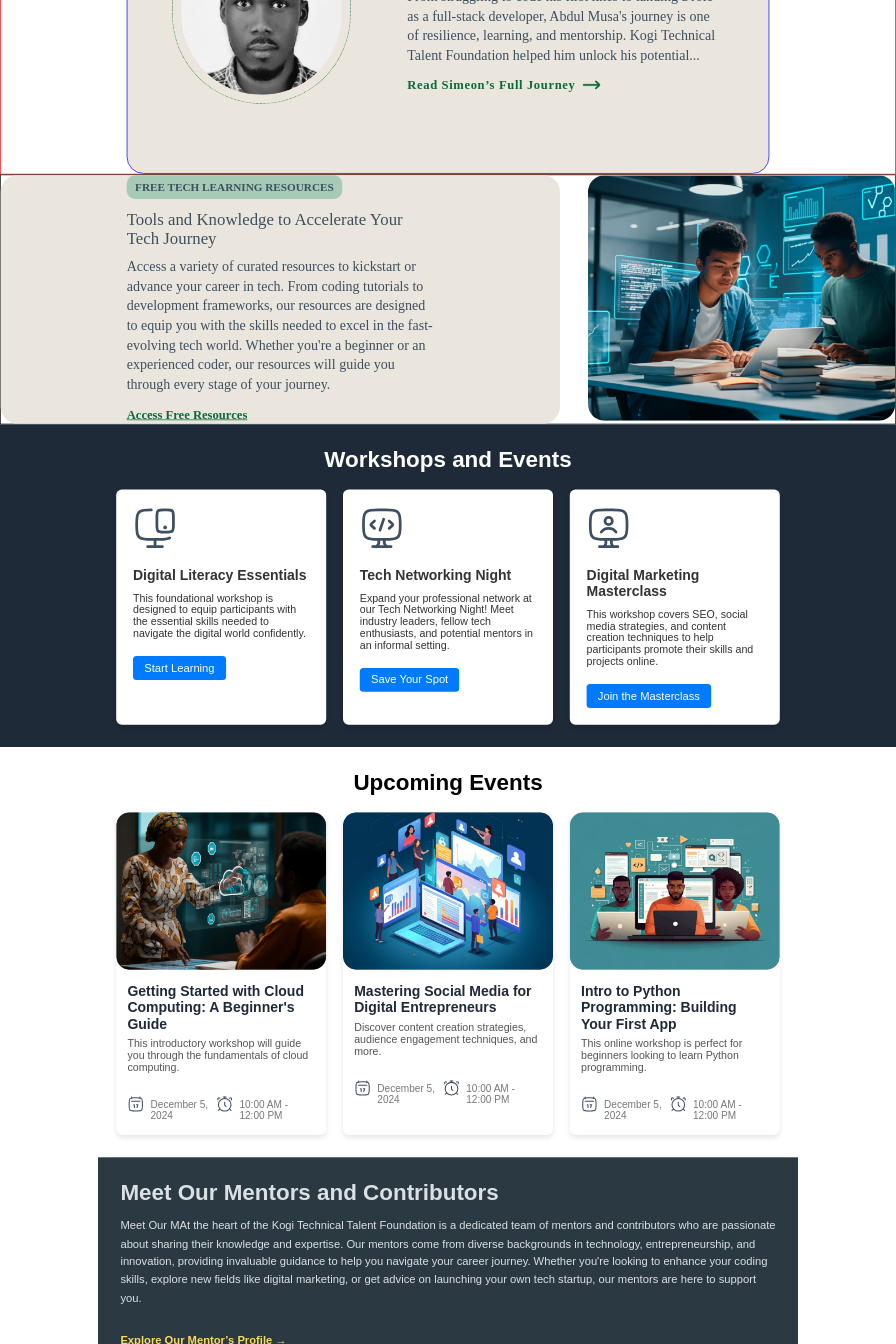
Repository: Cryptim/3MTT-Kogi-Foundation
Page: index.html
The author's editor kept a copy of each file at every save. The page is drawn from the files as they stood at one save, then again after the next save.
The browser window is 1280 px wide. The pictures show the part of the page from y = 826 to 2746 px (the page is 7100 px tall before and 7212 px after), at 70% of full size.

Above is the page before, as saved 2024-11-15 02:27:52.

### index.html
<!DOCTYPE html>
<html lang="en">
  <head>
    <meta charset="UTF-8" />
    <meta name="viewport" content="width=device-width, initial-scale=1.0" />
    <title>Three Million Technical Talent Foundation</title>
    <link rel="stylesheet" href="stlyes/style.css" />
  </head>
  <body>
    <header class="header">
      <div class="logo">
        <img src="assets/images/logo.png" alt="Foundation Logo" />
      </div>
      <nav class="nav">
        <a href="#">Workshops & Events</a>
        <a href="#">Resources/Pathways</a>
        <a href="#">Volunteer</a>
        <a href="#">Contact Us</a>
      </nav>
      <div class="donate-button">
        <button>Donate</button>
      </div>
    </header>
    <!-- Hero sections -->
    <div class="padding hero-section">
      <div class="text-container">
        <h1>Empowering Kogi's Brightest Minds for a Future in Tech</h1>
        <p>
          Are you ready to lead the future of tech? Kogi Technical Talent
          Foundation offers mentorship and cutting-edge resources to help early
          adopters like you grow and innovate.
        </p>
        <div class="explore-button">
          <button>Explore Free Resources</button>
        </div>
      </div>
      <div class="image-container">
        <img
          src="assets/images/Frame 5.png"
          alt="Team working with technology"
        />
        <div class="tag tag-collaborations">Collaborations</div>
        <div class="tag tag-volunteerism">Volunteerism</div>
        <div class="tag tag-mentorship">Mentorship</div>
        <div class="tag tag-empowerment">Empowerment</div>
        <div class="tag tag-free-resources">Free Resources</div>
        <div class="tag tag-partnership">Partnership</div>
      </div>
    </div>
    <!-- Featured Story Section -->
    <div class="padding featuredStoryContainer">
      <div class="featuredStory"
      >
        <div  class="featuredStoryDottedImageLine"
        >
          <img class="featuredStoryImage"
            src="assets/images/Simeon ocheja 1.png"
            alt="Simenon Ocheja"
          />
        </div>
        <div
          style="width: 589px; display: flex; flex-direction: column; gap: 16px"
        >
          <div class="featuredStoryTextContainer"

          >
            <span class="featuredStoryText"

              >Featured Story from Kogi talent</span
            >
          </div>
          <h2 class="featuredStoryName"
          >
            Simenon Ocheja
          </h2>
          <p class="featuredStoryParagraph"
          >
            From struggling to code his first lines to landing a role as a
            full-stack developer, Abdul Musa's journey is one of resilience,
            learning, and mentorship. Kogi Technical Talent Foundation helped
            him unlock his potential...
          </p>
          <div  class="featuredStoryMore">
            <span class="morefeatured"
              >Read Simeon’s Full Journey</span
            >
        <img src="./assets/images/icons/arrow-right-02.png" alt="arrow-right-02">
            </div>
          </div>
        </div>
      </div>
    </div>
    <!-- Free Tech Learning Resources Section -->
    <div  class="freeTechSection"  style="display: flex; gap: 40px ;border: 1px solid black;">
      <div
        style="flex: 1; padding:0 180px; background: #eae6dd; border-radius: 24px"
      >
        <div
          style="
            padding: 8px 12px;
            background: #a7cab7;
            border-radius: 12px;
            display: inline-block;
          "
        >
          <span
            style="
              color: #3d4f60;
              font-size: 16px;
              font-family: Cascadia Code;
              font-weight: 600;
              text-transform: uppercase;
            "
            >Free Tech Learning Resources</span
          >
        </div>
        <h3
          style="
            color: #3d4f60;
            font-size: 24px;
            font-family: Cascadia Code;
            font-weight: 400;
            margin-top: 16px;
          "
        >
          Tools and Knowledge to Accelerate Your Tech Journey
        </h3>
        <p
          style="
            color: #3d4f60;
            font-size: 20px;
            font-family: Cascadia Code;
            font-weight: 300;
            line-height: 1.4;
            margin-top: 12px;
          "
        >
          Access a variety of curated resources to kickstart or advance your
          career in tech. From coding tutorials to development frameworks, our
          resources are designed to equip you with the skills needed to excel in
          the fast-evolving tech world. Whether you're a beginner or an
          experienced coder, our resources will guide you through every stage of
          your journey.
        </p>
        <a
          href="#"
          style="
            color: #0c6a38;
            font-size: 18px;
            font-family: Cascadia Code;
            font-weight: 700;
            display: inline-block;
            margin-top: 20px;
          "
          >Access Free Resources</a
        >
      </div>
      <div style="flex: 1">
        <img
          style="width: 100%; border-radius: 24px"
          src="assets/images/Resources image 1.png"
          alt="Tech Journey"
        />
      </div>
    </div>
    <!-- workshop section -->
    <section class="workshops-section">
      <h2>Workshops and Events</h2>
      <div class="workshops-container">
        <div class="workshop-card">
          <div class="icon">
            <img
              src="assets/images/computer-phone-sync.svg"
              alt="Digital Literacy Icon"
            />
          </div>
          <h3>Digital Literacy Essentials</h3>
          <p>
            This foundational workshop is designed to equip participants with
            the essential skills needed to navigate the digital world
            confidently.
          </p>
          <button>Start Learning</button>
        </div>
        <div class="workshop-card">
          <div class="icon">
            <img
              src="assets/images/computer-programming-01.svg"
              alt="Networking Icon"
            />
          </div>
          <h3>Tech Networking Night</h3>
          <p>
            Expand your professional network at our Tech Networking Night! Meet
            industry leaders, fellow tech enthusiasts, and potential mentors in
            an informal setting.
          </p>
          <button>Save Your Spot</button>
        </div>
        <div class="workshop-card">
          <div class="icon">
            <img
              src="assets/images/computer-video-call.svg"
              alt="Marketing Icon"
            />
          </div>
          <h3>Digital Marketing Masterclass</h3>
          <p>
            This workshop covers SEO, social media strategies, and content
            creation techniques to help participants promote their skills and
            projects online.
          </p>
          <button>Join the Masterclass</button>
        </div>
      </div>
    </section>
    <!--  Event section-->
    <section class="events-section">
      <h2>Upcoming Events</h2>
      <div class="events-container">
        <div class="event-card">
          <img
            src="assets/images/cloud-african 1.png"
            alt="Cloud Computing Workshop"
          />
          <h3>Getting Started with Cloud Computing: A Beginner's Guide</h3>
          <p>
            This introductory workshop will guide you through the fundamentals
            of cloud computing.
          </p>
          <div class="event-info">
            <span class="event-date"
              ><img
                src="assets/images/calendar-01.svg"
                alt="Calendar Icon"
                class="icon"
              />
              December 5, 2024</span
            >
            <span class="event-time"
              ><img
                src="assets/images/alarm-clock.svg"
                alt="Clock Icon"
                class="icon"
              />
              10:00 AM - 12:00 PM</span
            >
          </div>
        </div>
        <div class="event-card">
          <img
            src="assets/images/digital marketing.png"
            alt="Social Media for Entrepreneurs"
          />
          <h3>Mastering Social Media for Digital Entrepreneurs</h3>
          <p>
            Discover content creation strategies, audience engagement
            techniques, and more.
          </p>
          <div class="event-info">
            <span class="event-date"
              ><img
                src="assets/images/calendar-01.svg"
                alt="Calendar Icon"
                class="icon"
              />
              December 5, 2024</span
            >
            <span class="event-time"
              ><img
                src="assets/images/alarm-clock.svg"
                alt="Clock Icon"
                class="icon"
              />
              10:00 AM - 12:00 PM</span
            >
          </div>
        </div>
        <div class="event-card">
          <img
            src="assets/images/python.png"
            alt="Python Programming Workshop"
          />
          <h3>Intro to Python Programming: Building Your First App</h3>
          <p>
            This online workshop is perfect for beginners looking to learn
            Python programming.
          </p>
          <div class="event-info">
            <span class="event-date"
              ><img
                src="assets/images/calendar-01.svg"
                alt="Calendar Icon"
                class="icon"
              />
              December 5, 2024</span
            >
            <span class="event-time"
              ><img
                src="assets/images/alarm-clock.svg"
                alt="Clock Icon"
                class="icon"
              />
              10:00 AM - 12:00 PM</span
            >
          </div>
        </div>
      </div>
    </section>
    <!-- Mentor section -->
    <section class="mentors-section">
      <h2>Meet Our Mentors and Contributors</h2>
      <p>
        Meet Our MAt the heart of the Kogi Technical Talent Foundation is a
        dedicated team of mentors and contributors who are passionate about
        sharing their knowledge and expertise. Our mentors come from diverse
        backgrounds in technology, entrepreneurship, and innovation, providing
        invaluable guidance to help you navigate your career journey. Whether
        you're looking to enhance your coding skills, explore new fields like
        digital marketing, or get advice on launching your own tech startup, our
        mentors are here to support you.
      </p>
      <a href="#" class="explore-link">Explore Our Mentor’s Profile →</a>
      <div class="mentors-container">
        <div class="mentor-card">
          <img src="assets/images/Frame 19.png" alt="Omachoko Arome" />
          <h3>Omachoko Arome</h3>
        </div>
        <div class="mentor-card">
          <img src="assets/images/Frame 20.png" alt="Marian Musa" />
          <h3>Marian Musa</h3>
        </div>
        <div class="mentor-card">
          <img src="assets/images/Frame 21.png" alt="Ismaila Omeiza" />
          <h3>Ismaila Omeiza</h3>
        </div>
        <div class="mentor-card">
          <img src="assets/images/Frame 22.png" alt="Timothy Ignatius" />
          <h3>Timothy Ignatius</h3>
        </div>
      </div>
    </section>
    <!-- Footer -->
    <section>
      <div class="Partners">
        <div class="OurPartners">Our Partners</div>
        <div class="Frame23">
          <div class="NitdaLogo">
            <img
              class="NitdaLogoNewest1RemovebgPreview"
              style="width: 232.86px; height: 113.82px"
              src="https://via.placeholder.com/233x114"
            />
          </div>
          <div class="NitdaLogo">
            <img
              class="MttRemovebgPreview"
              style="width: 232.86px; height: 113.82px"
              src="https://via.placeholder.com/233x114"
            />
          </div>
          <div class="NitdaLogo">
            <img
              class="KogiLogo"
              style="width: 232.86px; height: 113.82px"
              src="https://via.placeholder.com/233x114"
            />
          </div>
          <div class="NitdaLogo">
            <img
              class="MistLogoRemovebgPreview"
              style="width: 232.86px; height: 113.82px"
              src="https://via.placeholder.com/233x114"
            />
          </div>
        </div>
      </div>

      <div class="Footer">
        <div class="Frame24">
          <img class="KogiLogo1" src="https://via.placeholder.com/78x78" />
          <div class="EmpoweringKogiSBrightestMindsForAFutureInTech">
            Empowering Kogi's Brightest Minds for a Future in Tech
          </div>
        </div>

        <div class="NavigataionMenu">
          <div class="Workshops">
            <div class="QuickLinks">Quick Links</div>
          </div>
          <div class="Workshops">
            <div class="WorkshopsEvents">Workshops & Events</div>
          </div>
          <div class="Resources">
            <div class="ResourcesPathways">Resources/Pathways</div>
          </div>
          <div class="Volunteer">
            <div>Volunteer</div>
          </div>
          <div class="ContactUs">
            <div>Contact Us</div>
          </div>
        </div>

        <div class="Frame25">
          <div class="Donate">
            <div>Donate Now</div>
          </div>
          <div class="ContactUs">
            <div class="ConnectWithUs">Connect with Us</div>
          </div>
          <div class="Frame26">
            <div class="Facebook02">
              <div class="Vector"></div>
            </div>
            <div class="NewTwitter">
              <div class="Vector"></div>
            </div>
            <div class="Linkedin02">
              <div class="Vector"></div>
              <div class="Vector"></div>
              <div class="Vector"></div>
            </div>
            <div class="Instagram">
              <div class="Vector"></div>
              <div class="Vector"></div>
              <div class="Vector"></div>
            </div>
          </div>
        </div>
      </div>

      <div class="Frame27">
        <div
          class="AllRightsReserved3mttFellowBiweeklyBuildWithAFellowChallenge2024"
        >
          All rights reserved 3MTT Fellow Biweekly Build With a Fellow Challenge
          ©2024
        </div>
      </div>
    </section>
  </body>
</html>

Loaded but not shown: stlyes/style.css (819 lines, source omitted)

After the next save:
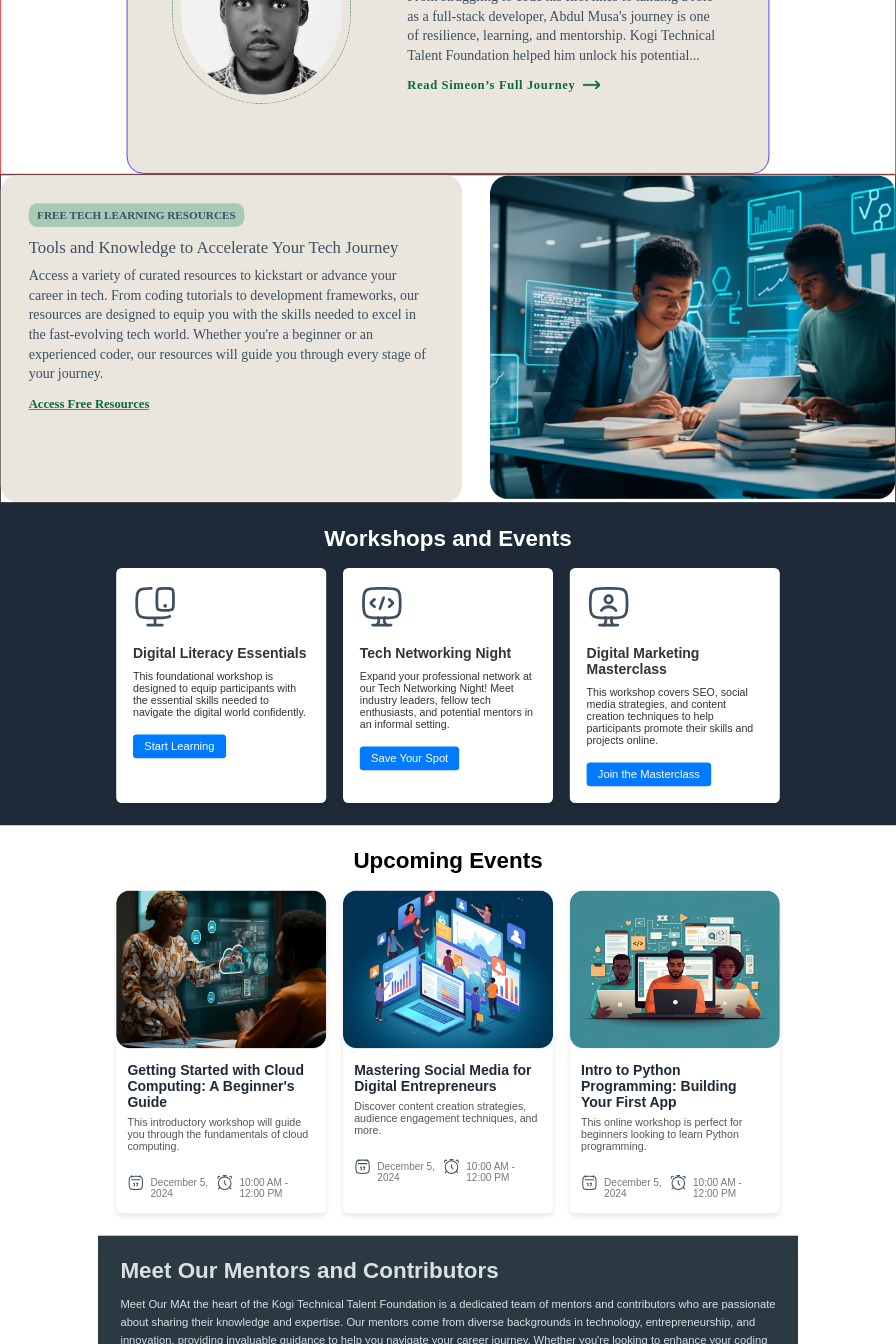
Saved 23 s later.
--- a/index.html
+++ b/index.html
@@ -93,7 +93,7 @@
     <!-- Free Tech Learning Resources Section -->
     <div  class="freeTechSection"  style="display: flex; gap: 40px ;border: 1px solid black;">
       <div
-        style="flex: 1; padding:0 180px; background: #eae6dd; border-radius: 24px"
+        style="flex: 1; padding: 40px; background: #eae6dd; border-radius: 24px"
       >
         <div
           style="
